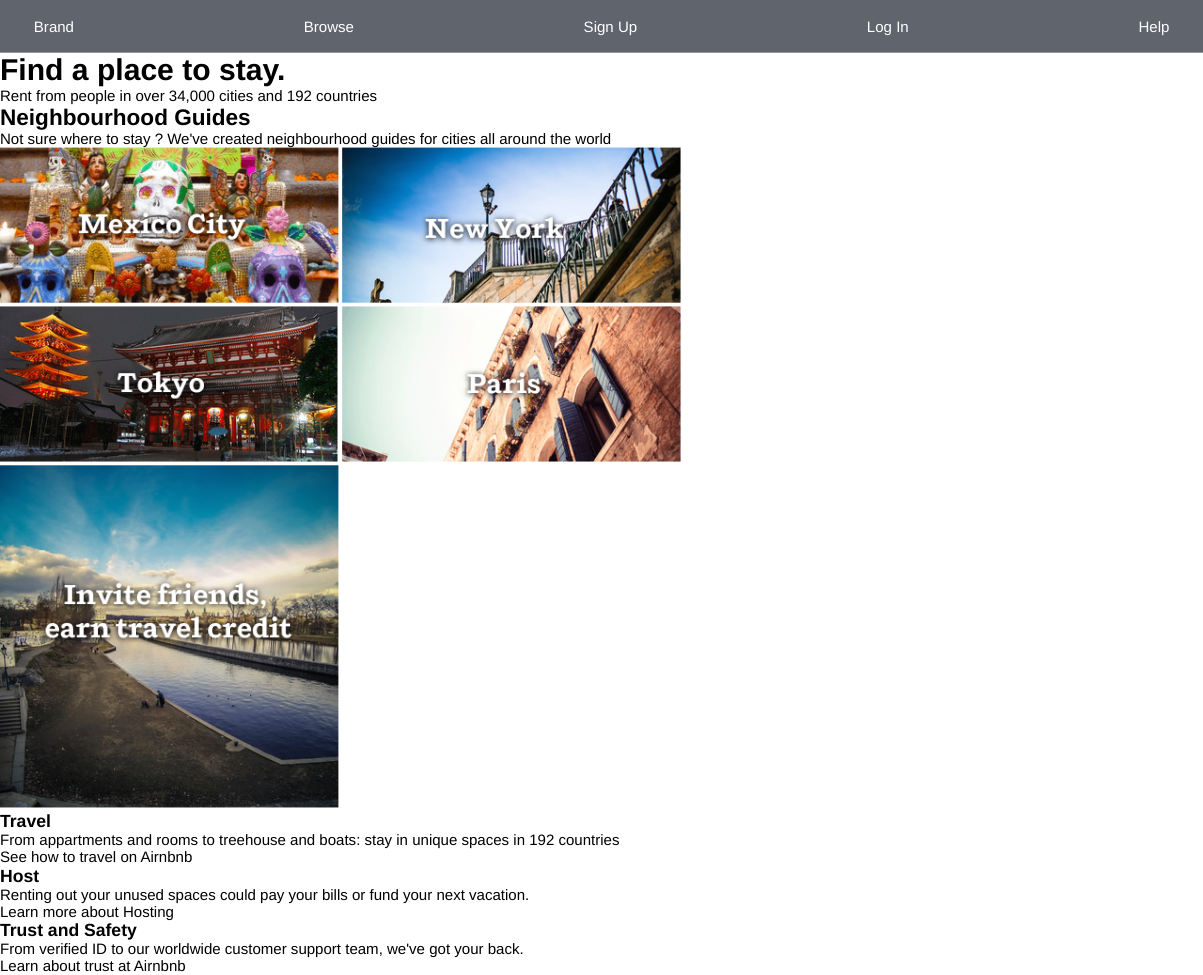
Repository: Naohonproject/web101x02-asm3
Page: Project3.html
An editor plug-in stored every save of this project. The page is shown before and after the next save, followed by the edit.
The browser window is 1280 px wide. The pictures show the whole page, at 94% of full size.

Above is the page before, as saved 2022-01-21 23:10:55.

After the next save:
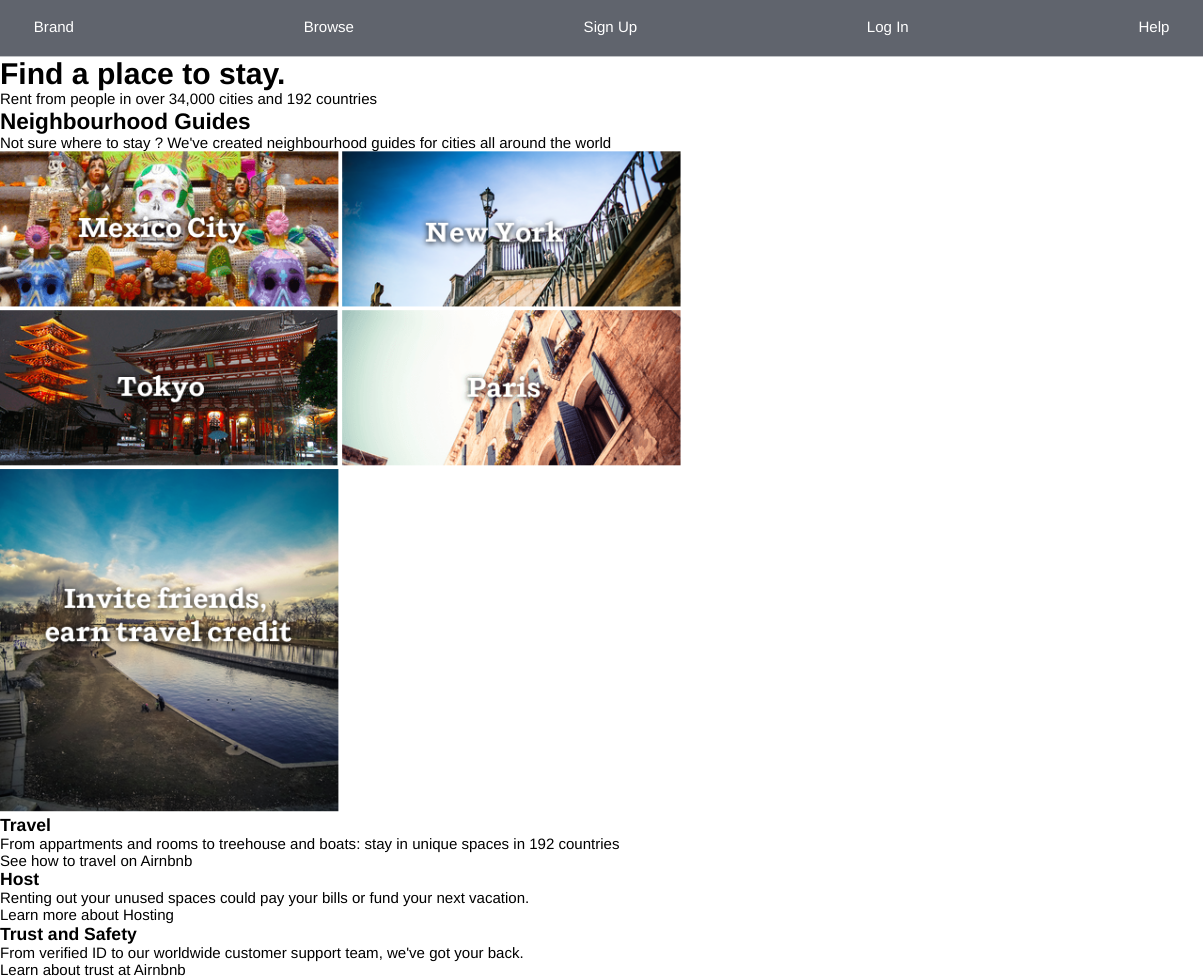
Saved 4 s later.
--- a/assets/css/style.css
+++ b/assets/css/style.css
@@ -21,7 +21,7 @@ html {
 
 #header {
 	width: 100vw;
-	height: 56px;
+	height: 60px;
 	background-color: #60646d;
 	background-clip: border-box;
 }
